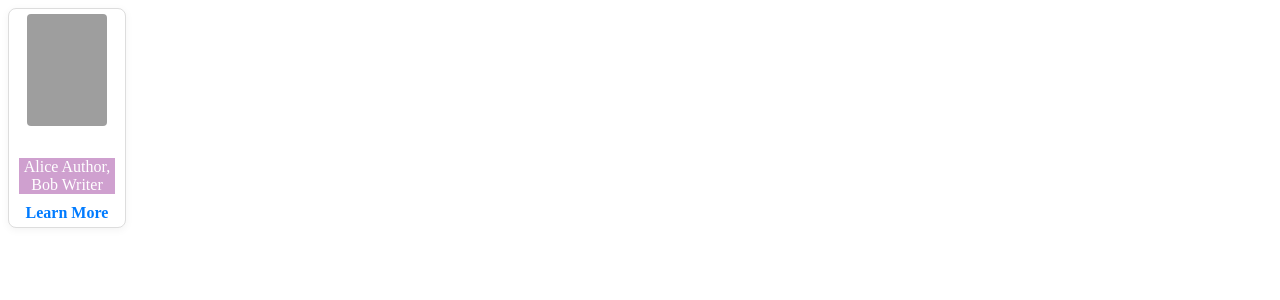
Repository: Micaelavalmores/BookCatalog
Page: /
These files come from the project's save history. The page is drawn as it stood at one moment and after the next save; the edit follows.
The browser window is 1280 px wide. The pictures show the whole page.
Pictures or frames that could not be fetched are drawn as grey boxes. The project was rebuilt for these pictures with package versions that can differ from the ones it lists, and the page was loaded fresh each time. Also part of the build but not shown: vite.config.js, src/index.css.

Above is the page before, as saved 2025-09-16 22:50:27.

### index.html
<!doctype html>
<html lang="en">
  <head>
    <meta charset="UTF-8" />
    <meta name="viewport" content="width=device-width, initial-scale=1.0" />
    <title>Book Catalog</title>
  </head>
  <body>
    <div id="root"></div>
    <script type="module" src="/src/main.jsx"></script>
  </body>
</html>

### src/main.jsx
import React from 'react';
import { createRoot } from 'react-dom/client';
import './index.css';
import Book from './assets/book.jsx';

const root = createRoot(document.getElementById("root"));

root.render(
  <React.StrictMode>
    <Book
      image="https://img.freepik.com/free-vector/stack-colorful-books_1308-171744.jpg?semt=ais_incoming&w=740&q=80"
      authors="Alice Author, Bob Writer"
      link="https://example.com/book-info"
    />
  </React.StrictMode>
);

### src/assets/book.jsx

import React from "react";
import "./book.css";

const book = ({ image, title, authors, link }) => (
  <div className="book-container">
    <img className="book-image" src={image} alt={title} />
    <div className="book-info">
      <h2 className="book-title">{title}</h2>
      <p className="book-authors">{authors}</p>
      <a className="book-link" href={link} target="_blank" rel="noopener noreferrer">
        Learn More
      </a>
    </div>
  </div>
);

export default book;

### src/assets/book.css
.book-container {
    max-width: 6em;
    border: 1px solid #ddd;
    border-radius: 8px;
    padding: 5px 10px;
    display: flex;
    flex-direction: column;
    align-items: center;
    background: #fff;
    box-shadow: 0 2px 8px rgba(0,0,0,0.05);
  }

  .book-image {
    width: 5em;
    height: 7em;
    object-fit: cover;
    margin-bottom: 12px;
    border-radius: 4px;
  }

  .book-info {
    width: 100%;
    text-align: center;
  }


  .book-authors {
    color: #ffffff;
    margin-bottom: 10px;
    background: rgb(207, 160, 207);
  }

  .book-link {
    display: inline-block;
    color: #007bff;
    text-decoration: none;
    font-weight: bold;
    transition: color 0.2s;
  }

  .book-link:hover {
    color: #0056b3;
  }

After the next save:
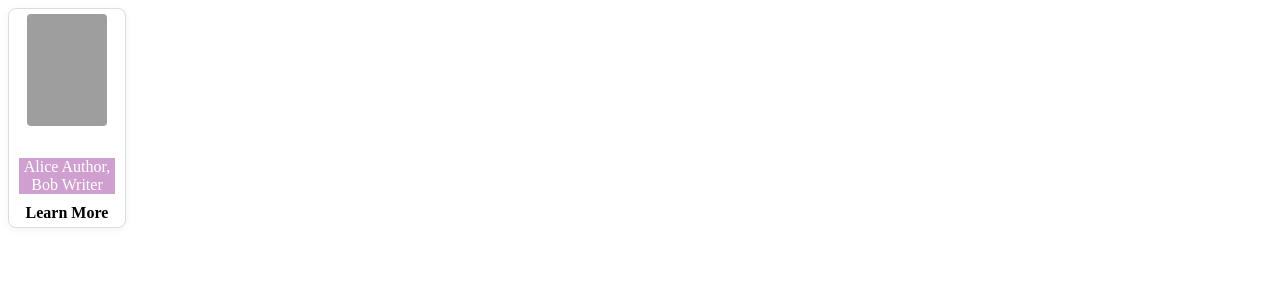
Saved 9 s later.
--- a/src/assets/book.css
+++ b/src/assets/book.css
@@ -32,7 +32,7 @@
 
   .book-link {
     display: inline-block;
-    color: #007bff;
+    color: #000000;
     text-decoration: none;
     font-weight: bold;
     transition: color 0.2s;
